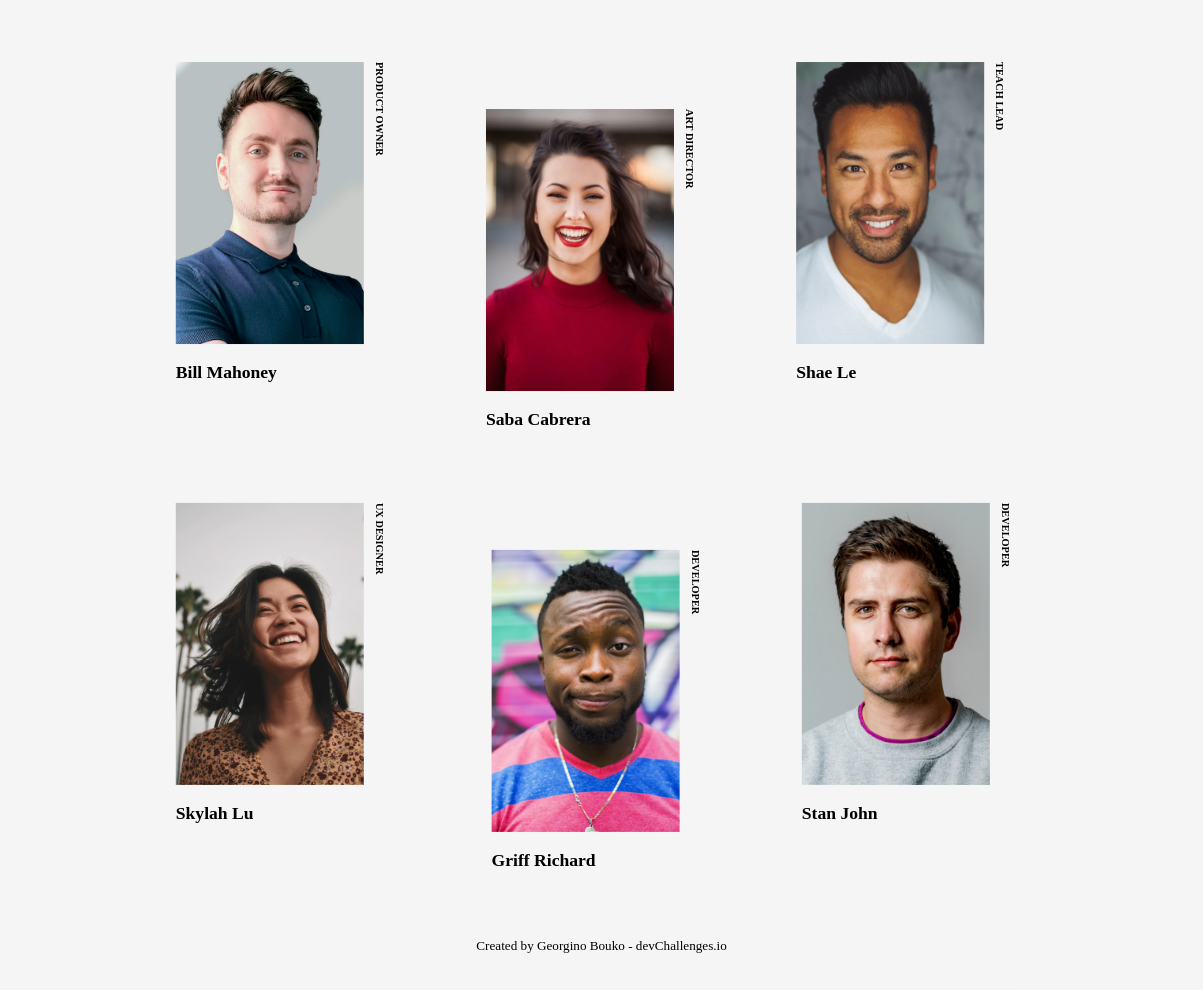
Repository: georgisenze/my-team-page-challeng
Page: index.html
These files come from the project's save history. The page is drawn as it stood at one moment and after the next save; the edit follows.
The browser window is 1280 px wide. The pictures show the whole page, at 94% of full size.

Above is the page before, as saved 2023-02-22 23:51:58.

After the next save:
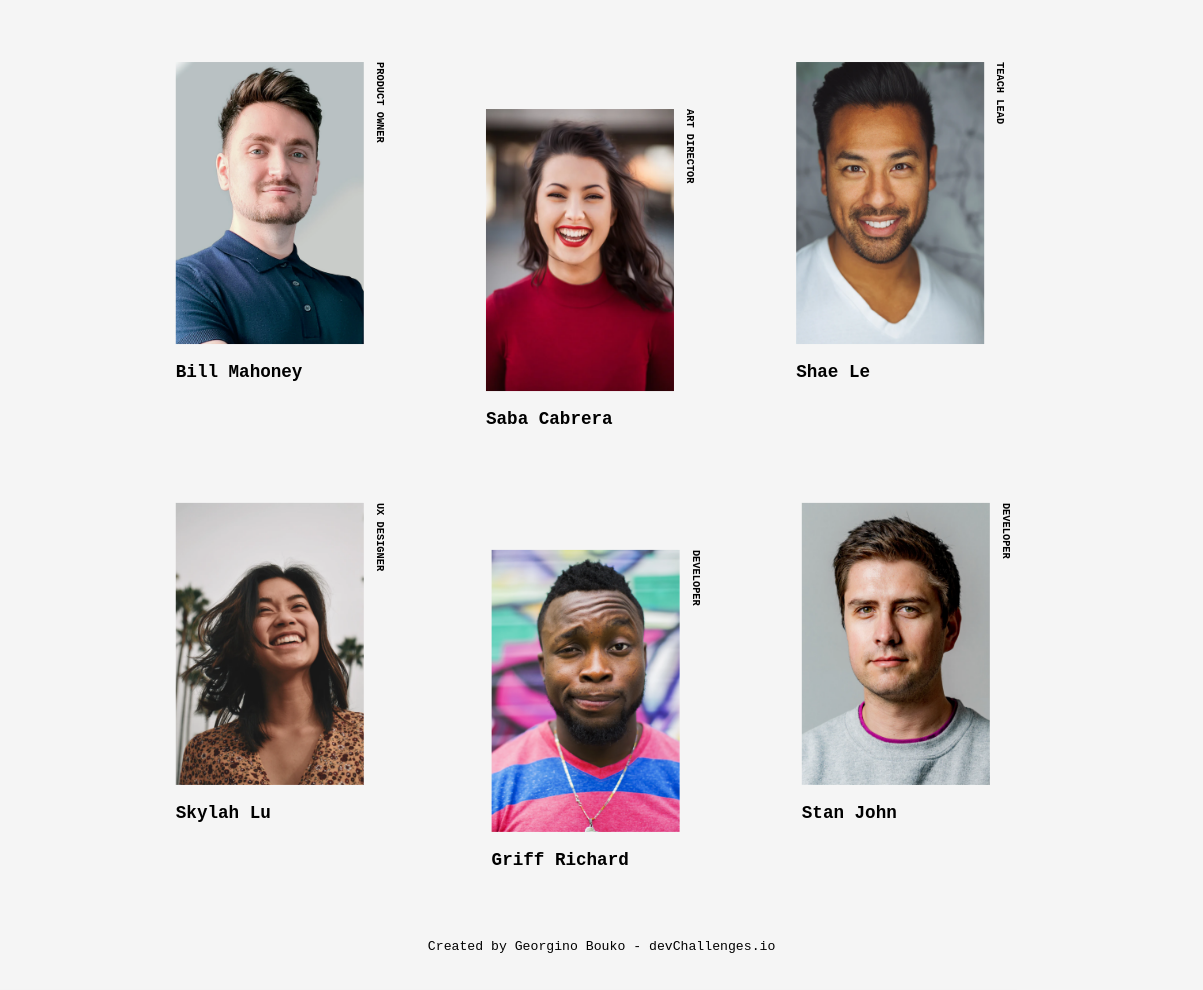
Saved 12 s later.
--- a/assets/css/style.css
+++ b/assets/css/style.css
@@ -2,7 +2,7 @@
     margin: 0;
     padding: 0;
     background-color: whitesmoke;
-    font-family: ;
+    font-family: 'Courier New', Courier, monospace;
   }
 
   .container {

After the 2 saves that followed:
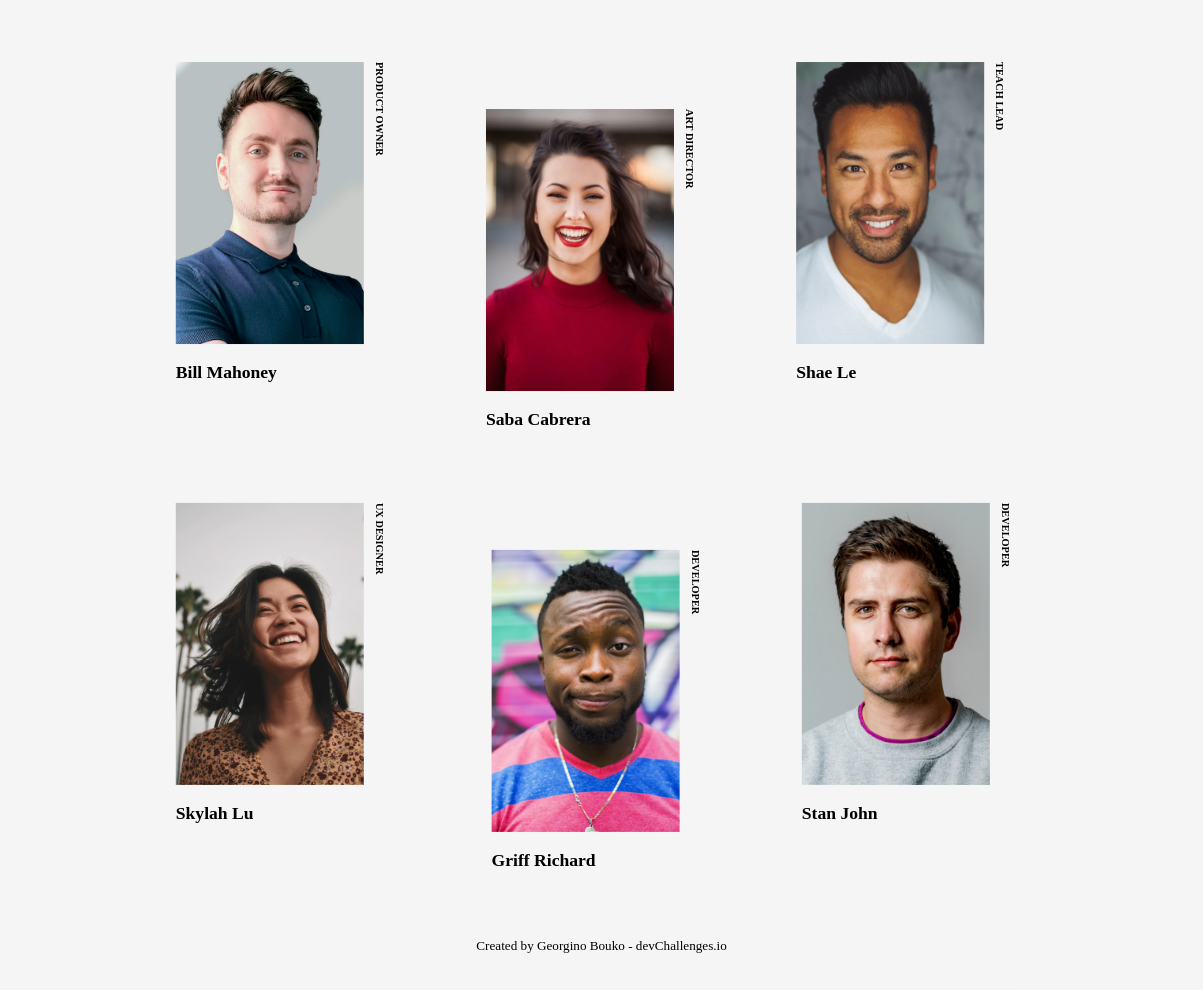
The 2 saves are shown as one change because they came seconds apart.
The last was saved 19 s later.
--- a/assets/css/style.css
+++ b/assets/css/style.css
@@ -2,7 +2,7 @@
     margin: 0;
     padding: 0;
     background-color: whitesmoke;
-    font-family: 'Courier New', Courier, monospace;
+    font-family:
   }
 
   .container {
